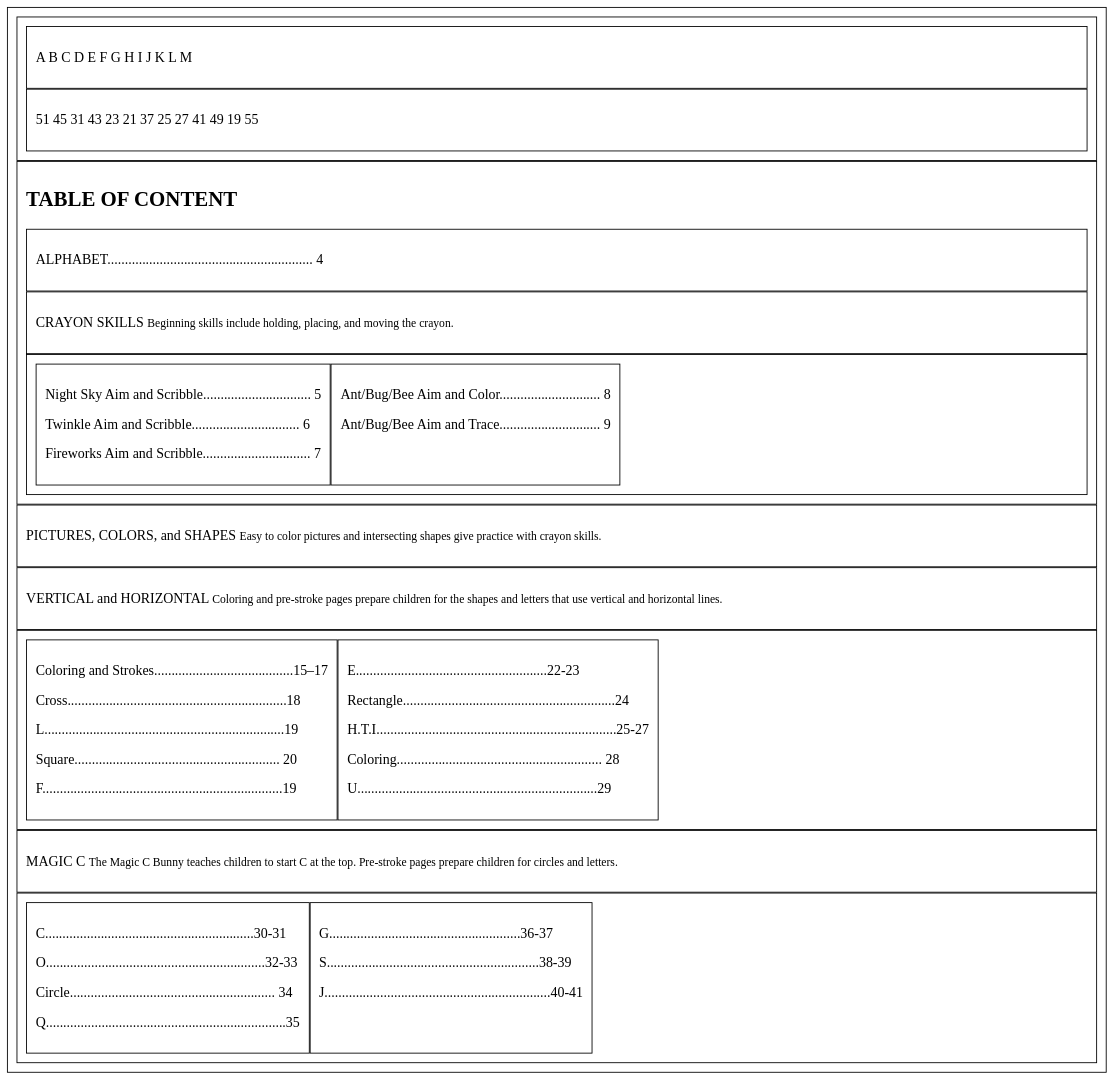
Repository: nickeone/magda-css-flex
Page: index.html
These files come from the project's save history. The page is drawn as it stood at one moment and after the next save; the edit follows.
The browser window is 1280 px wide. The pictures show the whole page, at 87% of full size.

Above is the page before, as saved 2021-06-15 00:05:43.

### index.html
<!DOCTYPE html>
<html lang="en">
<head>
  <meta charset="UTF-8">
  <meta http-equiv="X-UA-Compatible" content="IE=edge">
  <meta name="viewport" content="width=device-width, initial-scale=1.0">
  <title>Document</title>
  <link rel="stylesheet" href="./assets/style.css">
</head>
<body>
  <div class="container">

    <div class="full-line">
      <div class="head-letters">
        <p>A B C D E F G H I J K L M</p>
      </div>
      <div class="head-digits">
        <p>51 45 31 43 23 21 37 25 27 41 49 19 55</p>
      </div>
    </div>

    <div class="full-line">
      <h2>TABLE OF CONTENT</h2>
      <div class="left-column">
        <p>ALPHABET........................................................... 4</p>
      </div>
      <div class="full-line">
        <p>CRAYON SKILLS <small>Beginning skills include holding, placing, and moving the crayon.</small></p>
      </div>
      <div class="two-columns">
        <div class="left-column">
          <p>Night Sky Aim and Scribble............................... 5</p>
          <p>Twinkle Aim and Scribble............................... 6</p>
          <p>Fireworks Aim and Scribble............................... 7</p>
        </div>
        <div class="right-column">
          <p>Ant/Bug/Bee Aim and Color............................. 8</p>
          <p>Ant/Bug/Bee Aim and Trace............................. 9</p>
        </div>
      </div>
    </div>


      <div class="full-line">
        <p>PICTURES, COLORS, and SHAPES <small>Easy to color pictures and intersecting shapes give practice with crayon skills.</small></p>
      </div>

      <div class="full-line">
        <p>VERTICAL and HORIZONTAL <small>Coloring and pre-stroke pages prepare children for the shapes and letters that use vertical and horizontal lines.</small></p>
      </div>
      <div class="two-columns">
        <div class="left-column">
          <p>Coloring and Strokes........................................15–17</p>
          <p>Cross...............................................................18</p>
          <p>L.....................................................................19</p>
          <p>Square........................................................... 20</p>
          <p>F.....................................................................19</p>
        </div>
        <div class="right-column">
          <p>E.......................................................22-23</p>
          <p>Rectangle.............................................................24</p>
          <p>H.T.I.....................................................................25-27</p>
          <p>Coloring........................................................... 28</p>
          <p>U.....................................................................29</p>
        </div>
      </div>

      <div class="full-line">
        <p>MAGIC C <small>The Magic C Bunny teaches children to start C at the top. Pre-stroke pages prepare children for circles and letters.</small></p>
      </div>
      <div class="two-columns">
        <div class="left-column">
          <p>C............................................................30-31</p>
          <p>O...............................................................32-33</p>
          <p>Circle........................................................... 34</p>
          <p>Q.....................................................................35</p>
        </div>
        <div class="right-column">
          <p>G.......................................................36-37</p>
          <p>S.............................................................38-39</p>
          <p>J.................................................................40-41</p>
        </div>
      </div>
  </div>

</body>
</html>

### assets/style.css
.two-columns {
    display: flex;
}


div {
    border: 1px black solid;
    padding: 10px;
}

/* .container {
    display: flex;
} */

After the next save:
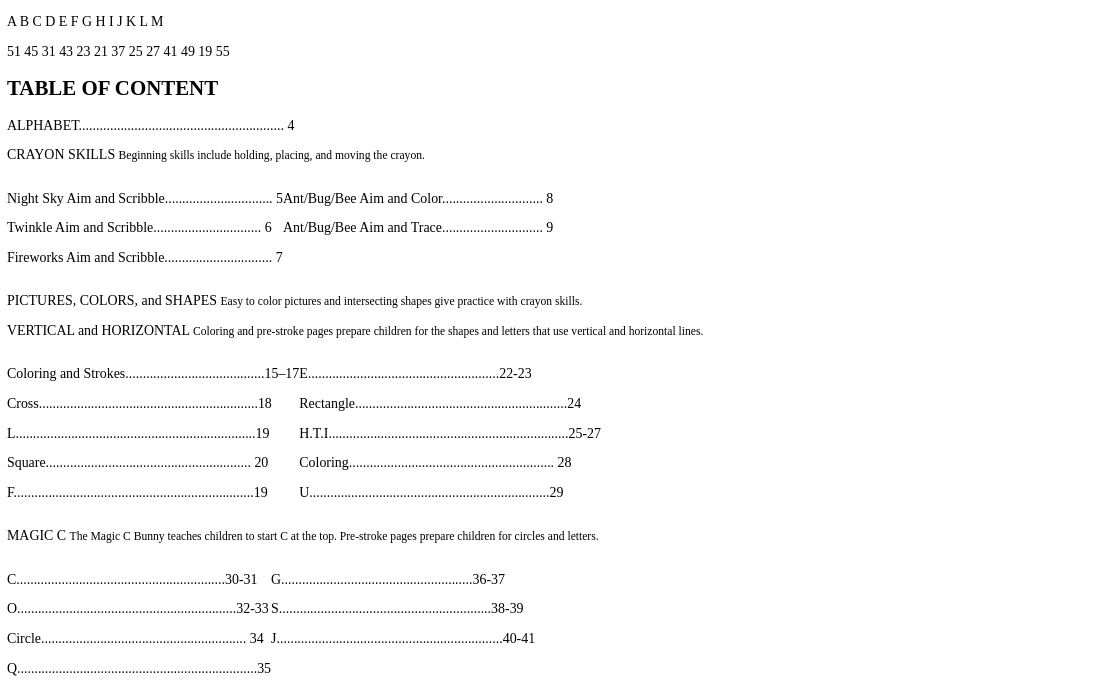
Saved 5 min 39 s later.
--- a/assets/style.css
+++ b/assets/style.css
@@ -3,10 +3,10 @@
 }
 
 
-div {
+/* div {
     border: 1px black solid;
     padding: 10px;
-}
+} */
 
 /* .container {
     display: flex;
